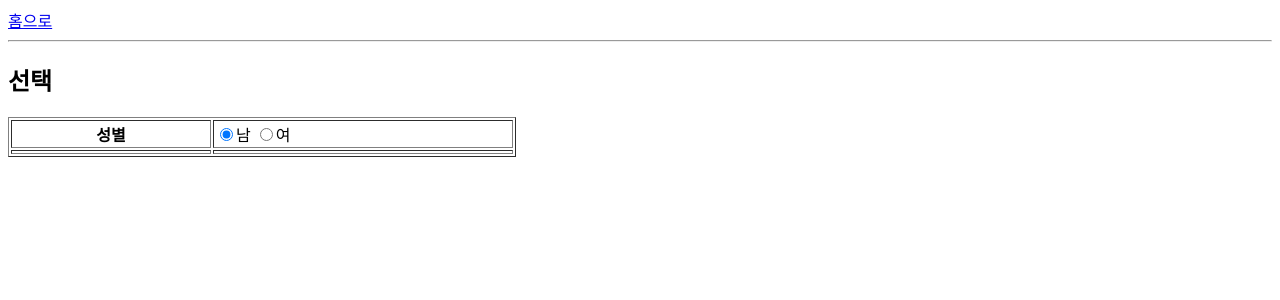
Repository: KimHyeonJun1/Study_Web302
Page: 01.Servlet01/src/main/webapp/choice.html
These files come from the project's save history. The page is drawn as it stood at one moment and after the next save; the edit follows.
The browser window is 1280 px wide. The pictures show the whole page.

Above is the page before, as saved 2024-06-20 08:21:33.

### 01.Servlet01/src/main/webapp/choice.html
<!DOCTYPE html>
<html>
<head>
<meta charset="UTF-8">
<title>Insert title here</title>
</head>
<body>
<a href ="index.html">홈으로</a>
<hr>
<h2>선택</h2>
<form method="post" action="choice">
<table border="1">
<col width="200px">
<col width="300px">
<tr><th>성별</th>
	<td>
		<label for="male">

		</label>
		<input id="male"type="radio" name="gender" value="남" checked>남
		<input type="radio" name="gender" value="여">여
	</td>
</tr>
<tr><th></th>
	<td></td>
	</tr>
</table>
</form>
</body>
</html>

After the next save:
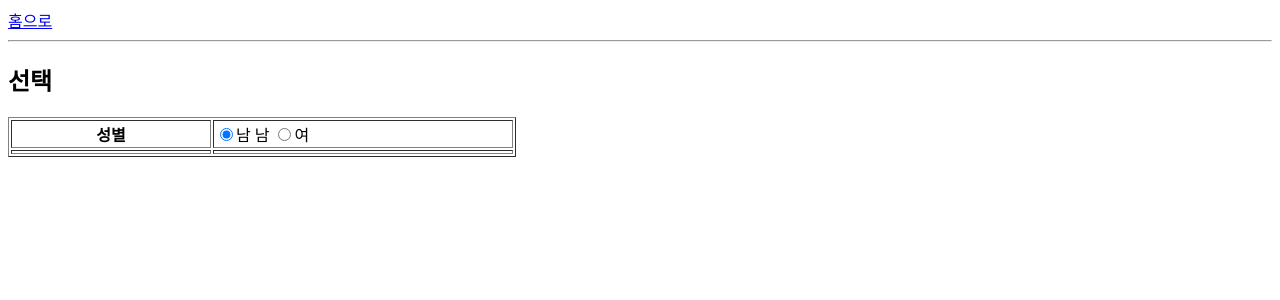
Saved 114 s later.
--- a/01.Servlet01/src/main/webapp/choice.html
+++ b/01.Servlet01/src/main/webapp/choice.html
@@ -10,15 +10,17 @@
 <h2>선택</h2>
 <form method="post" action="choice">
 <table border="1">
+<colgroup>
 <col width="200px">
 <col width="300px">
+</colgroup>
 <tr><th>성별</th>
 	<td>
-		<label for="male">
-
+		<input id="male"type="radio" name="gender" value="남" checked>남
+		<label for="male">남</label>
+		<label>
+		<input type="radio" name="gender" value="여">여
 		</label>
-		<input id="male"type="radio" name="gender" value="남" checked>남
-		<input type="radio" name="gender" value="여">여
 	</td>
 </tr>
 <tr><th></th>
